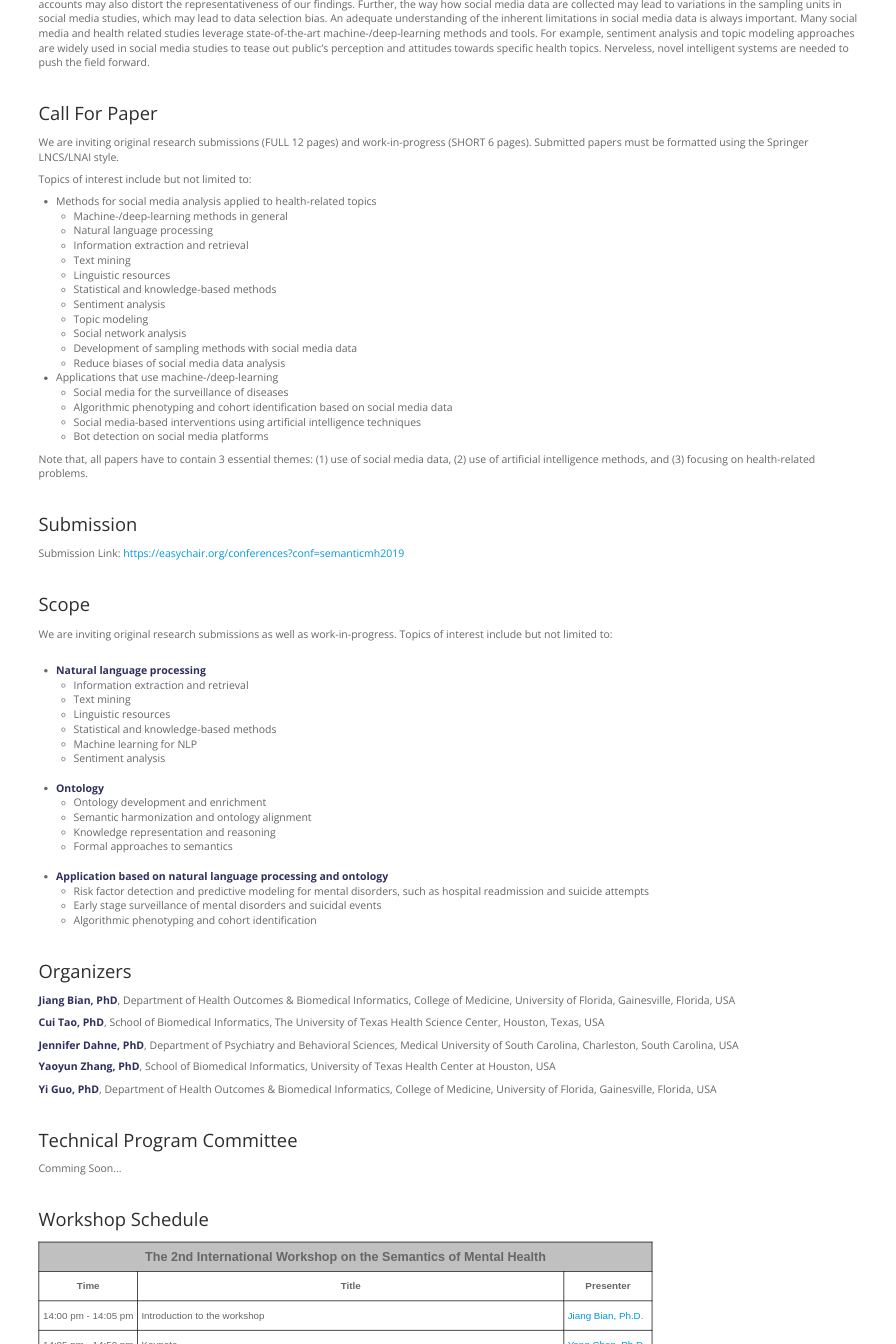
Repository: bianjiang/semantics-powered.org
Page: ISSWHR-2020/index.html
The author's editor kept a copy of each file at every save. The page is drawn from the files as they stood at one save, then again after a run of saves.
The browser window is 1280 px wide. The pictures show the part of the page from y = 627 to 2547 px (the page is 3053 px tall before and 2601 px after), at 70% of full size.
Some web libraries are served in a nearby version.

Above is the page before, as saved 2019-10-26 17:00:28.
Console error (its wording comes from the project's code and is left out).

After the next 2 saves:
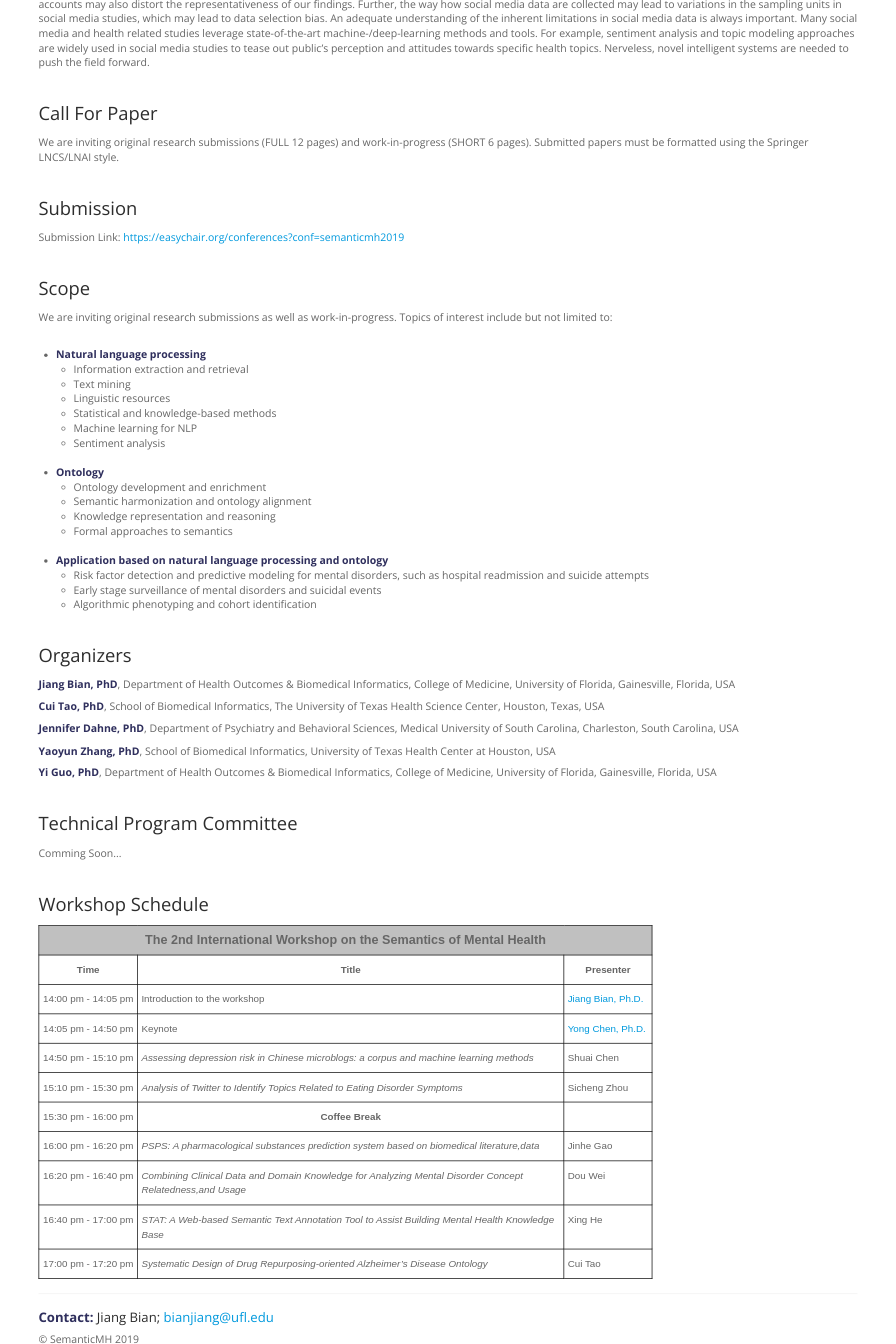
The 2 saves are shown as one change because they came seconds apart.
The last was saved 79 s later.
--- a/ISSWHR-2020/index.html
+++ b/ISSWHR-2020/index.html
@@ -144,33 +144,6 @@
         <div class="span12">
           <h3>Call For Paper</h3>
           <p>We are inviting original research submissions (FULL 12 pages) and work-in-progress (SHORT 6 pages).  Submitted papers must be formatted using the Springer LNCS/LNAI style.</p>
-          <p>Topics of interest include but not limited to:</p>
-          <ul>
-            <li>Methods for social media analysis applied to health-related topics
-              <ul>
-                <li>Machine-/deep-learning methods in general</li>
-                <li>Natural language processing</li>
-                <li>Information extraction and retrieval</li>
-                <li>Text mining</li>
-                <li>Linguistic resources</li>
-                <li>Statistical and knowledge-based methods</li>
-                <li>Sentiment analysis</li>
-                <li>Topic modeling</li>
-                <li>Social network analysis</li>
-                <li>Development of sampling methods with social media data</li>
-                <li>Reduce biases of social media data analysis</li>
-              </ul>
-            </li>
-            <li>Applications that use machine-/deep-learning
-              <ul>
-                <li>Social media for the surveillance of diseases</li>
-                <li>Algorithmic phenotyping and cohort identification based on social media data</li>
-                <li>Social media-based interventions using artificial intelligence techniques</li>
-                <li>Bot detection on social media platforms</li>
-              </ul>
-            </li>
-          </ul>
-          <p>Note that, all papers have to contain 3 essential themes: (1) use of social media data, (2) use of artificial intelligence methods, and (3) focusing on health-related problems.</p>
         </div>
       </div>
     </section>
